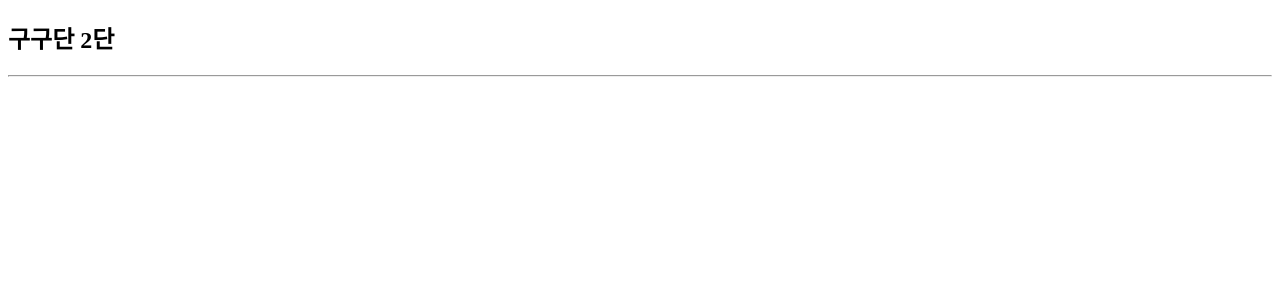
Repository: SimpleRan/jsp_paractice2
Page: http://localhost/JSPBasic/jsptag/scriptlet.jsp
The author's editor kept a copy of each file at every save. The page is drawn from the files as they stood at one save, then again after the next save.
The browser window is 1280 px wide. The pictures show the whole page.
The page is served by Tomcat 9.

Above is the page before, as saved 2022-03-22 11:21:46.

After the next save:
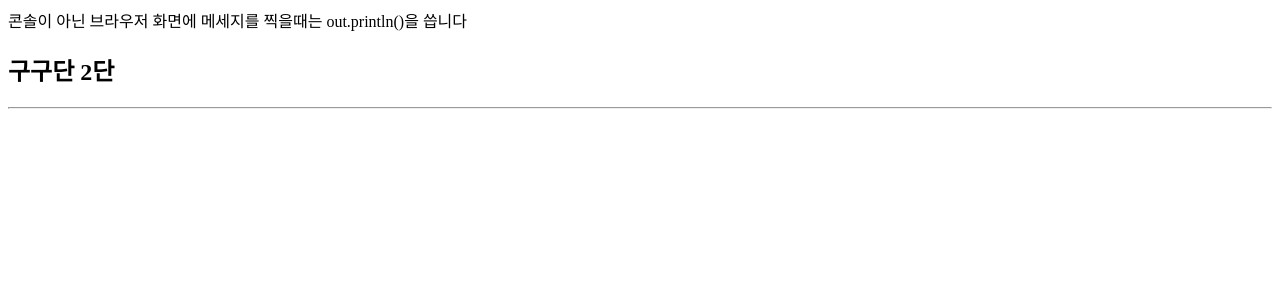
Saved 2 min 23 s later.
--- a/JSPBasic/src/main/webapp/jsptag/scriptlet.jsp
+++ b/JSPBasic/src/main/webapp/jsptag/scriptlet.jsp
@@ -7,7 +7,8 @@
 <title>Insert title here</title>
 </head>
 <body>
-	<% System.out.println("콘솔에 메세지를 찍을때는 System.out.println()을 씁니다"); %>
+	<% System.out.println("콘솔에 메세지를 찍을때는 System.out.println()을 씁니다");
+	out.println("콘솔이 아닌 브라우저 화면에 메세지를 찍을때는 out.println()을 씁니다");%>
 	<h2>구구단 2단</h2><hr/>
 
 </body>
